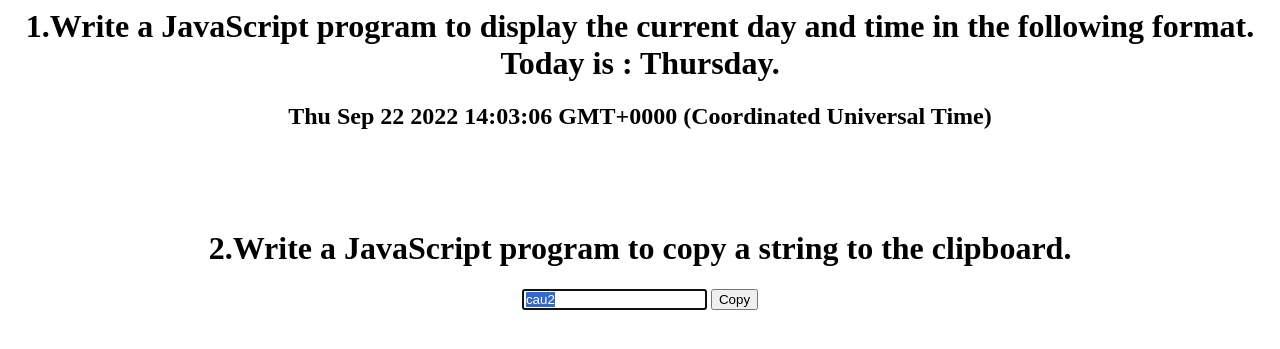
Repository: HoangDuy315/web-dev2022
Page: hw151022/ex1/ex1.html
The author's editor kept a copy of each file at every save. The page is drawn from the files as they stood at one save, then again after the next save.
The browser window is 1280 px wide. The pictures show the whole page.
After loading, the first visible `button` was clicked once.

Above is the page before, as saved 2022-10-15 12:23:20.

After the next save:
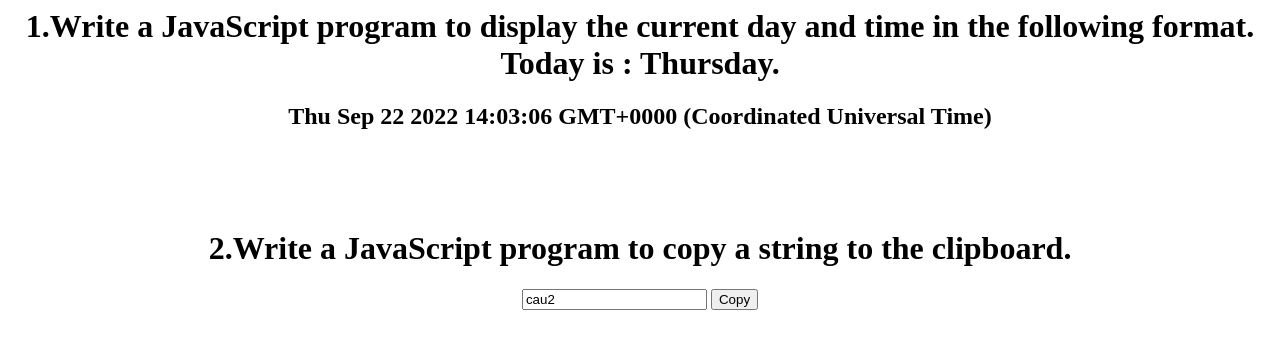
Saved 64 s later.
--- a/hw151022/ex1/ex1.js
+++ b/hw151022/ex1/ex1.js
@@ -1,8 +1,5 @@
 // 2
 
 function cau2() {
-  var cp2 = document.getElementById("testcau2");
-  cp2.select();
-  document.execCommand("copy");
-  alert("Copied the text: " + cp2.value);
+  alert("Hello! I am an alert box!");
 }
